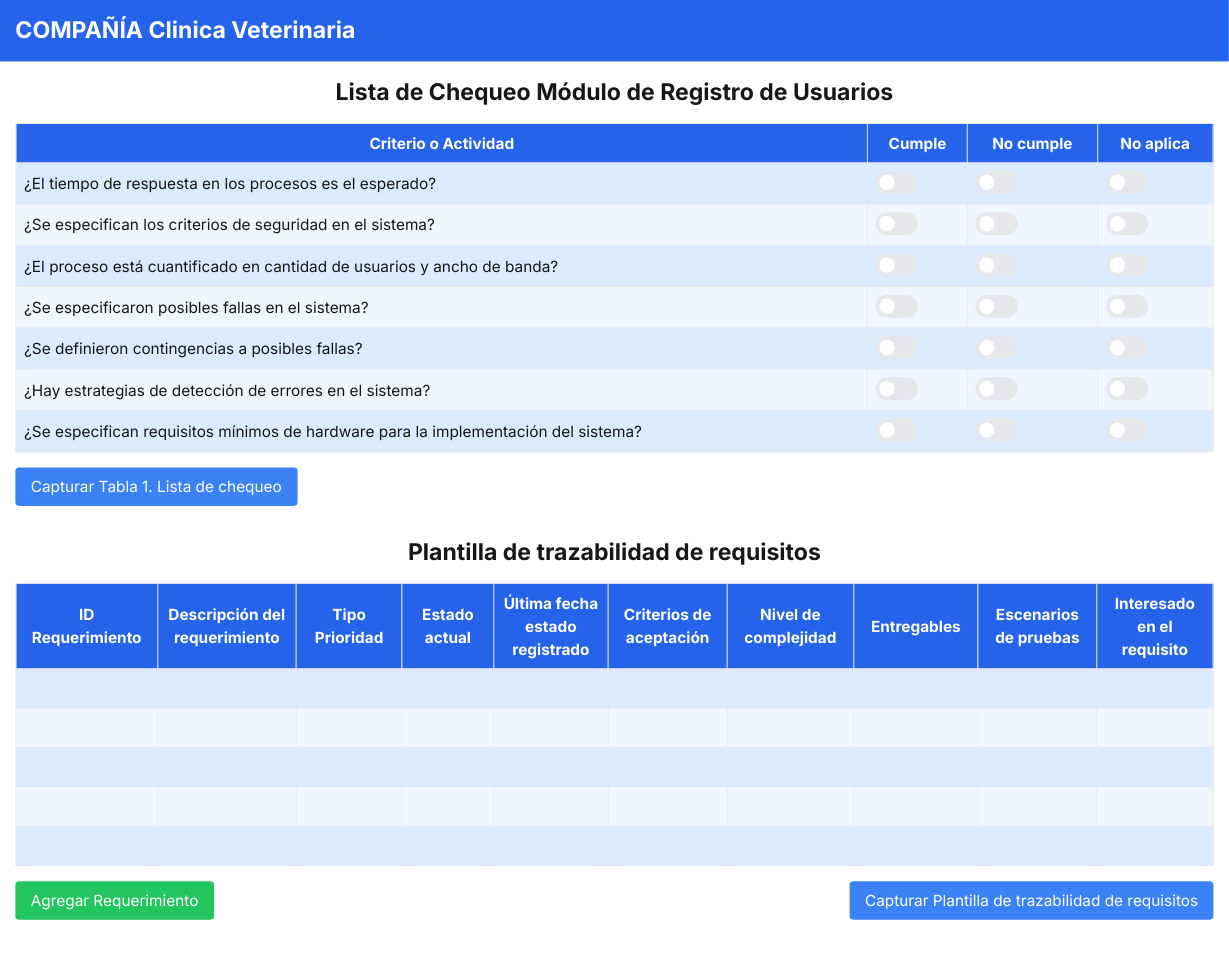
Repository: CiroAlfa/lista-de-Chequeo
Page: /
These files come from the project's save history. The page is drawn as it stood at one moment and after the next save; the edit follows.
The browser window is 1280 px wide. The pictures show the whole page, at 96% of full size.
The project was rebuilt for these pictures with package versions that can differ from the ones it lists, and the page was loaded fresh each time. The framework's server and built-in components were replaced by stand-ins that run in the browser. Also part of the build but not shown: next.config.mjs.

Above is the page before, as saved 2024-09-27 13:10:08.

After the next save:
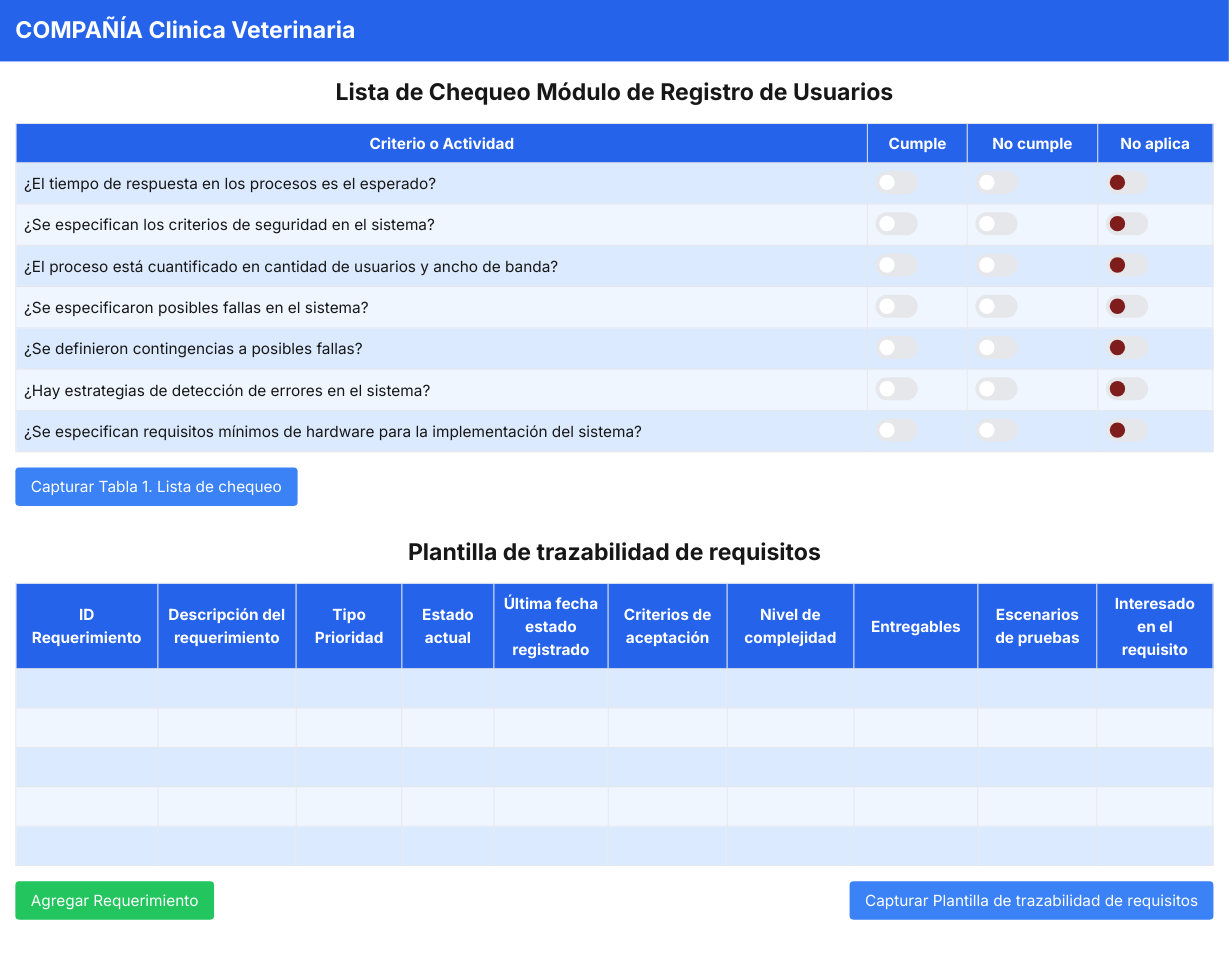
Saved 37 s later.
--- a/src/app/page.tsx
+++ b/src/app/page.tsx
@@ -142,7 +142,7 @@
                     onChange={() => handleChecklistChange(item.id, 'noAplica')}
                     className={`${item.noAplica ? 'bg-blue-600' : 'bg-gray-200'} relative inline-flex h-6 w-11 items-center rounded-full`}
                   >
-                    <span className={`${item.noAplica ? 'translate-x-6' : 'translate-x-1'} inline-block h-4 w-4 transform rounded-full bg-white transition`} />
+                    <span className={`${item.noAplica ? 'translate-x-6' : 'translate-x-1'} inline-block h-4 w-4 transform rounded-full bg-red-900 transition`} />
                   </Switch>
                 </td>
               </tr>
